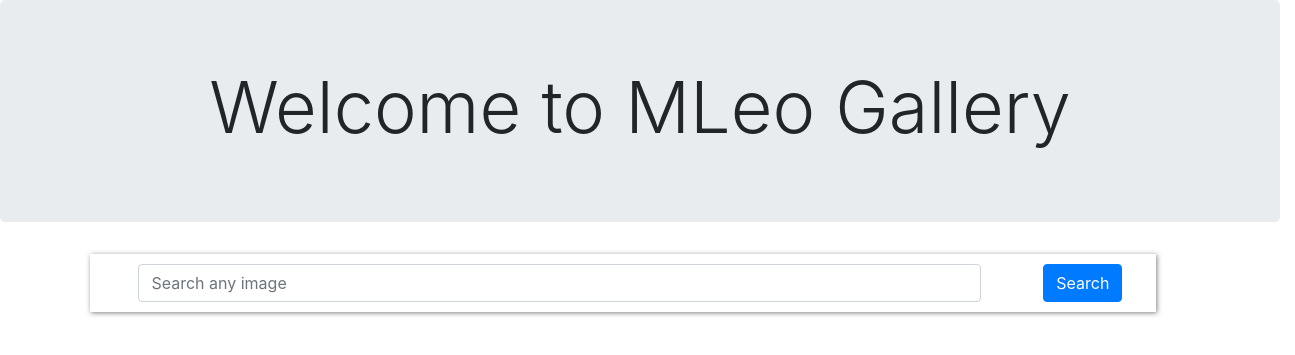
Repository: the-manohar/gallery
Page: /
These files come from the project's save history. The page is drawn as it stood at one moment and after the next save; the edit follows.
The browser window is 1280 px wide. The page is 1295 px wide, so the pictures cover 1295 px, including what lies to the right of the window. The pictures show the whole page.
The project was rebuilt for these pictures with package versions that can differ from the ones it lists, and the page was loaded fresh each time.

Above is the page before, as saved 2020-06-18 23:36:42.

After the next save:
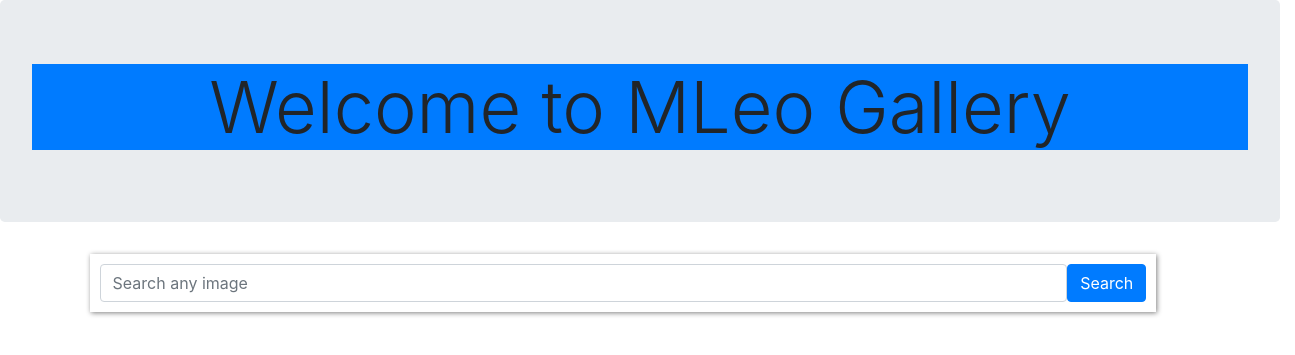
Saved 75 s later.
--- a/src/App.js
+++ b/src/App.js
@@ -19,10 +19,10 @@ function App() {
     <div className="row">
       <div className="App col-sm-5 col-md-12 col-xs-8">
         <Jumbotron>
-          <h1 className="display-3">Welcome to MLeo Gallery</h1>
+          <h1 className="display-3 bg-primary">Welcome to MLeo Gallery</h1>
         </Jumbotron>
         <div className="mydiv col-sm-4 col-md-10 col-xs-4">
-          <InputGroup className="col-sm-4 col-md-10 col-xs-4">
+          <InputGroup>
             <Input
               placeholder="Search any image"
               value={value}
